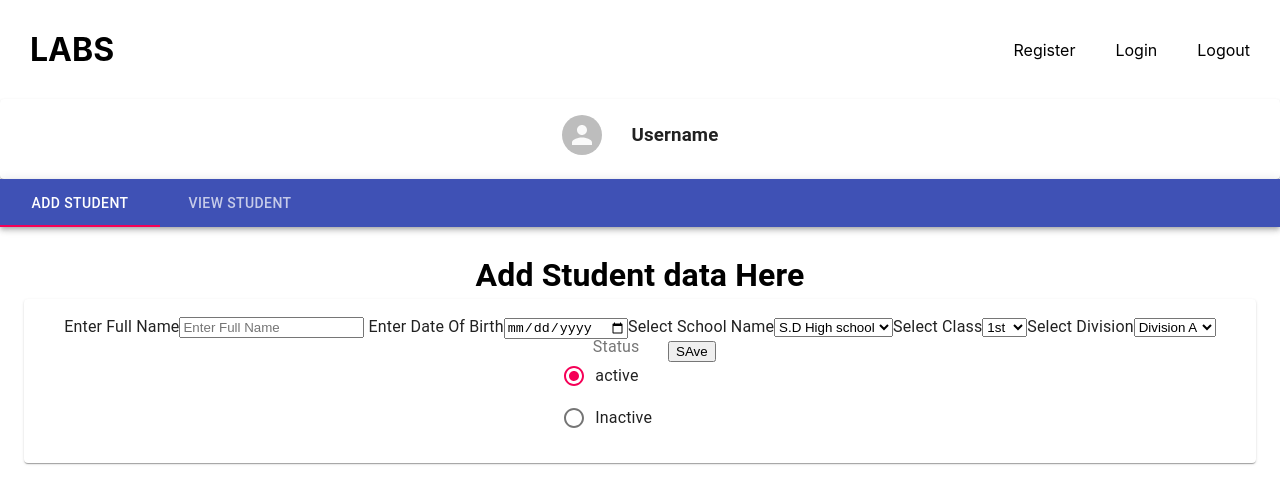
Repository: Prafullkuma/labsdata
Page: /admin
The author's editor kept a copy of each file at every save. The page is drawn from the files as they stood at one save, then again after the next save.
The browser window is 1280 px wide. The pictures show the whole page.
The project was rebuilt for these pictures with package versions that can differ from the ones it lists, and the page was loaded fresh each time. Also part of the build but not shown: src/Component/Student/ViewStudent.js, src/Component/Main.js, src/Auth/Login.js, src/Auth/Signup.js, src/Auth/Logout.js.

Above is the page before, as saved 2020-08-25 18:33:33.

After the next save:
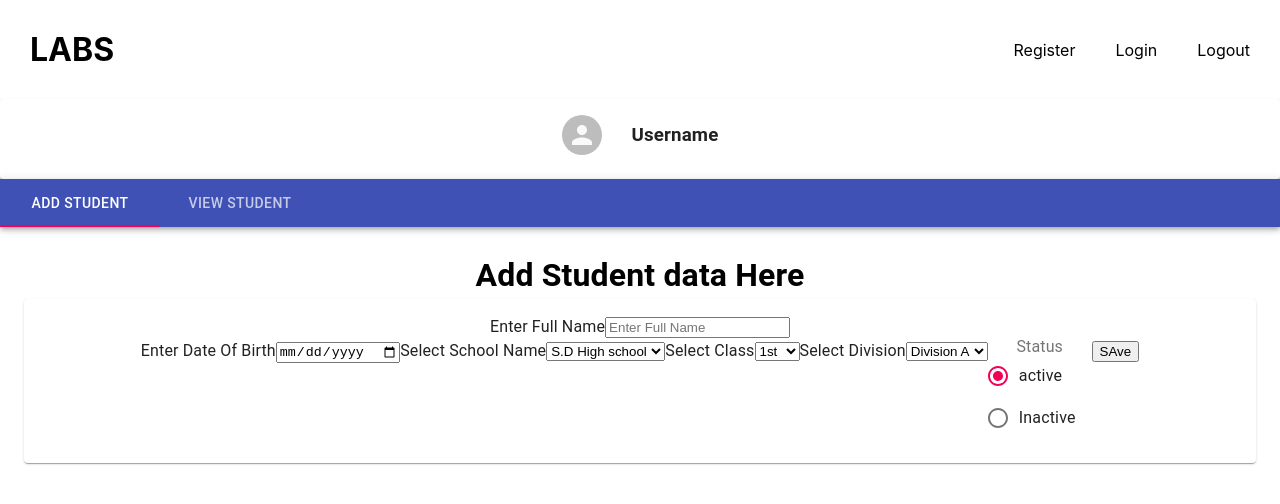
Saved 32 s later.
--- a/src/Component/Student/Addstudent.js
+++ b/src/Component/Student/Addstudent.js
@@ -34,11 +34,14 @@ function Addstudent() {
                 <CardContent>
                     <Typography className="userdata">
                         <form onSubmit={saveDataHanlder}>
-                            <label> Enter Full Name</label>
-                            <input type="text"
-                                value={name}
-                                onChange={e => setName(e.target.value)}
-                                placeholder="Enter Full Name" />
+                            <div>
+                                <label> Enter Full Name</label>
+                                <input type="text"
+                                    value={name}
+                                    onChange={e => setName(e.target.value)}
+                                    placeholder="Enter Full Name" />
+
+                            </div>
 
                             <label> Enter Date Of Birth</label>
                             <input type="date" value={date}
